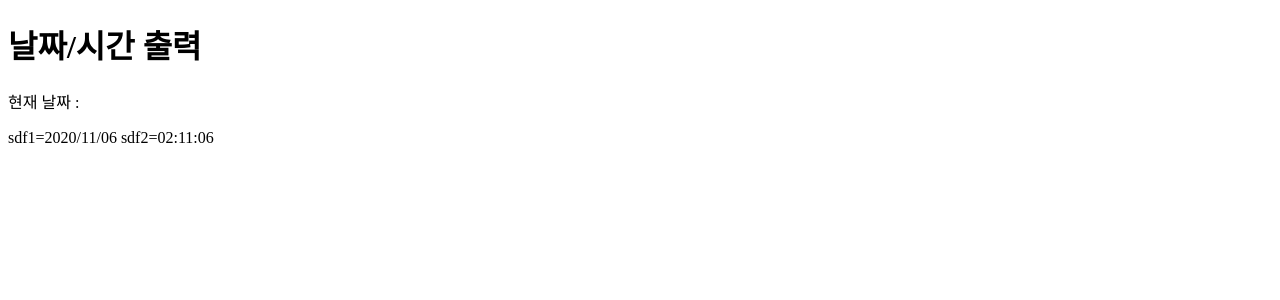
Repository: tngus3580/tngus3580
Page: http://localhost/20201109a/test4.jsp
The author's editor kept a copy of each file at every save. The page is drawn from the files as they stood at one save, then again after the next save.
The browser window is 1280 px wide. The pictures show the whole page.
The page is served by Tomcat 9.

Above is the page before, as saved 2020-11-09 07:07:23.

### 20201109a/WebContent/test4.jsp
<%@page import="java.text.SimpleDateFormat"%>
<%@page import="java.util.Date" %>

<%@ page language="java" contentType="text/html; charset=UTF-8"
    pageEncoding="UTF-8"%>
<!DOCTYPE html>
<html>
<head>
<meta charset="UTF-8">
<title>Insert title here</title>
</head>
<body>
<h1>날짜/시간 출력</h1>
<p>현재 날짜 : </p>

<%
		Date today = new Date();
		SimpleDateFormat sdf1 = new SimpleDateFormat("yyyy/MM/dd");
		SimpleDateFormat sdf2 = new SimpleDateFormat("hh:mm:ss");

		out.println("sdf1=" + sdf1.format(today));
		out.println("sdf2=" + sdf2.format(today));
	%>
</body>
</html>

After the next save:
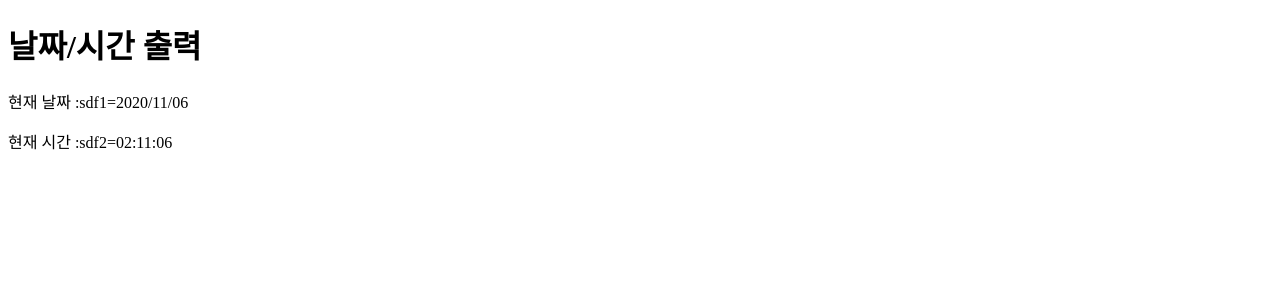
Saved 2 min 15 s later.
--- a/20201109a/WebContent/test4.jsp
+++ b/20201109a/WebContent/test4.jsp
@@ -10,16 +10,14 @@
 <title>Insert title here</title>
 </head>
 <body>
-<h1>날짜/시간 출력</h1>
-<p>현재 날짜 : </p>
-
 <%
-		Date today = new Date();
+	Date today = new Date();
 		SimpleDateFormat sdf1 = new SimpleDateFormat("yyyy/MM/dd");
 		SimpleDateFormat sdf2 = new SimpleDateFormat("hh:mm:ss");
+%>
 
-		out.println("sdf1=" + sdf1.format(today));
-		out.println("sdf2=" + sdf2.format(today));
-	%>
+<h1>날짜/시간 출력</h1>
+<p>현재 날짜 :<% out.println("sdf1=" + sdf1.format(today)); %></p>
+<p>현재 시간 :<% out.println("sdf2=" + sdf2.format(today)); %></p>
 </body>
 </html>
